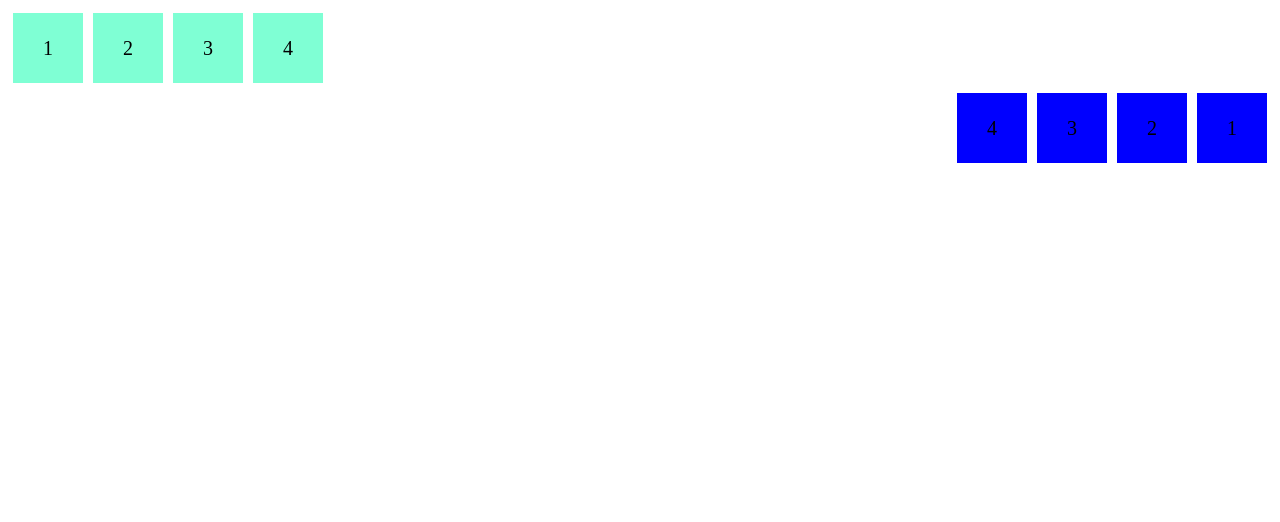
Repository: gabrielbino/projects-dio
Page: flexbox/@flex-direction.html
These files come from the project's save history. The page is drawn as it stood at one moment and after the next save; the edit follows.
The browser window is 1280 px wide. The pictures show the whole page.

Above is the page before, as saved 2021-10-18 11:25:59.

### flexbox/@flex-direction.html
<!DOCTYPE html>
<html lang="en">
  <head>
    <meta charset="UTF-8" />
    <meta name="viewport" content="width=device-width, initial-scale=1.0" />
    <title>Fundamentos - Flex direction</title>
    <style>
      .flexContainer {
        display: flex;
        margin: 0;
        padding: 0;
        list-style: none;
      }
      .flexItem {
        background-color: aquamarine;
        height: 70px;
        width: 70px;
        line-height: 70px;
        font-size: 20px;
        text-align: center;
        margin: 5px;
      }
      .row {
        flex-direction: row;
      }
      .rowReverse {
        flex-direction: row-reverse;
      }
      .rowReverse li {
        background-color: blue;
      }
      .column {
        float: left;
        flex-direction: column;
      }
    </style>
  </head>
  <body>
    <ul class="flexContainer row">
      <li class="flexItem">1</li>
      <li class="flexItem">2</li>
      <li class="flexItem">3</li>
      <li class="flexItem">4</li>
    </ul>
    <ul class="flexContainer rowReverse">
      <li class="flexItem">1</li>
      <li class="flexItem">2</li>
      <li class="flexItem">3</li>
      <li class="flexItem">4</li>
    </ul>
  </body>
</html>

After the next save:
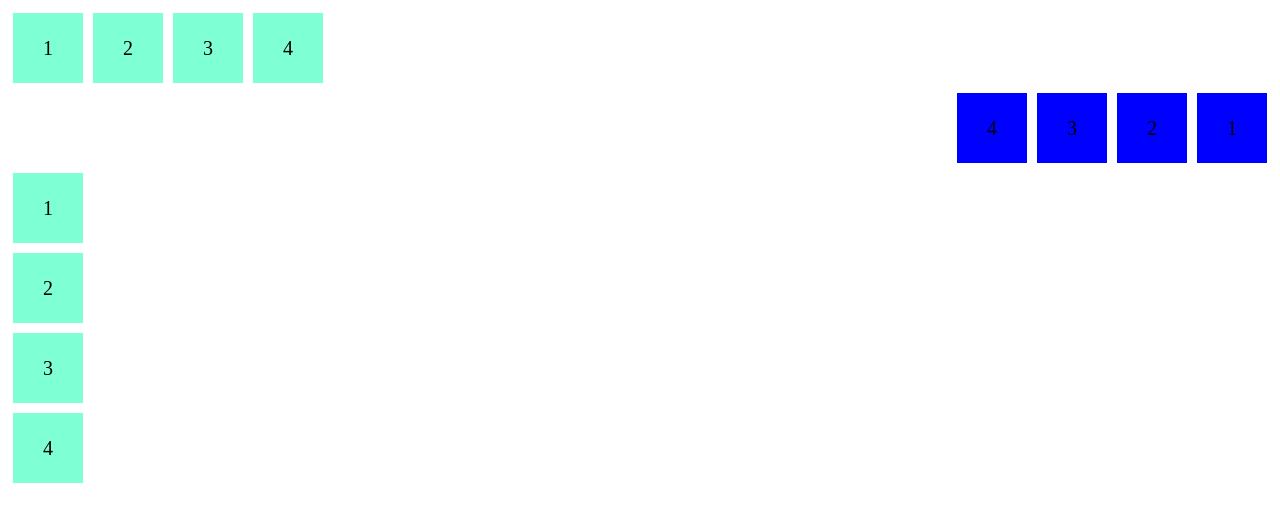
Saved 24 s later.
--- a/flexbox/@flex-direction.html
+++ b/flexbox/@flex-direction.html
@@ -48,5 +48,11 @@
       <li class="flexItem">3</li>
       <li class="flexItem">4</li>
     </ul>
+    <ul class="flexContainer column">
+      <li class="flexItem">1</li>
+      <li class="flexItem">2</li>
+      <li class="flexItem">3</li>
+      <li class="flexItem">4</li>
+    </ul>
   </body>
 </html>
